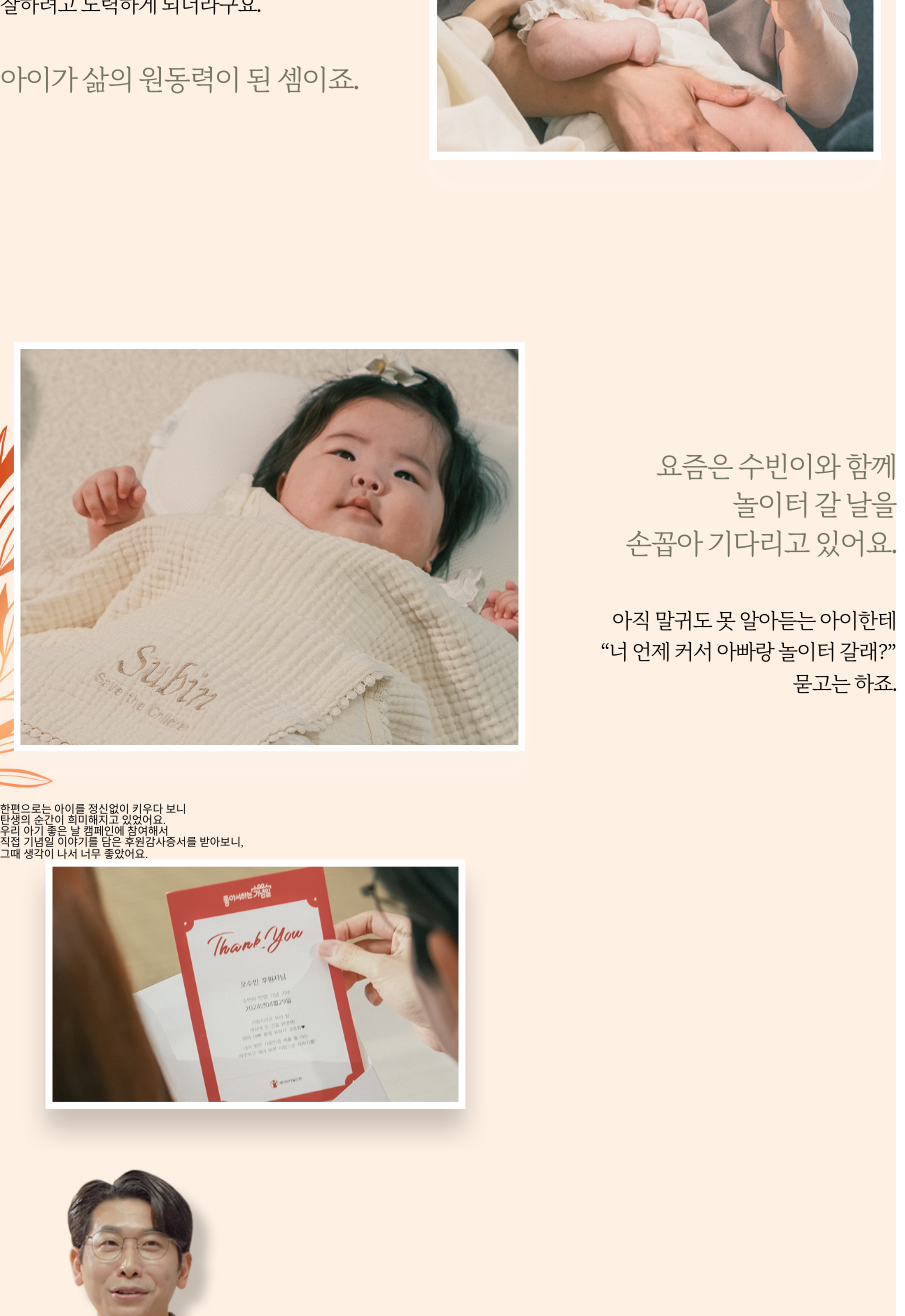
Repository: dlgywls1130/saveTheChildren
Page: index.html
An editor plug-in stored every save of this project. The page is shown before and after the next save, followed by the edit.
The browser window is 1280 px wide. The page is 1293 px wide, so the pictures cover 1293 px, including what lies to the right of the window. The pictures show the part of the page from y = 4620 to 6500 px (the page is 10799 px tall before and 10828 px after), at 70% of full size.
Some web fonts or font styles are not loaded; a fallback is used. The style sheet was rebuilt from its Sass, Less or Tailwind sources for each picture, by a compiler version that may differ from the author's.

Above is the page before, as saved 2024-11-01 22:51:06.

After the next save:
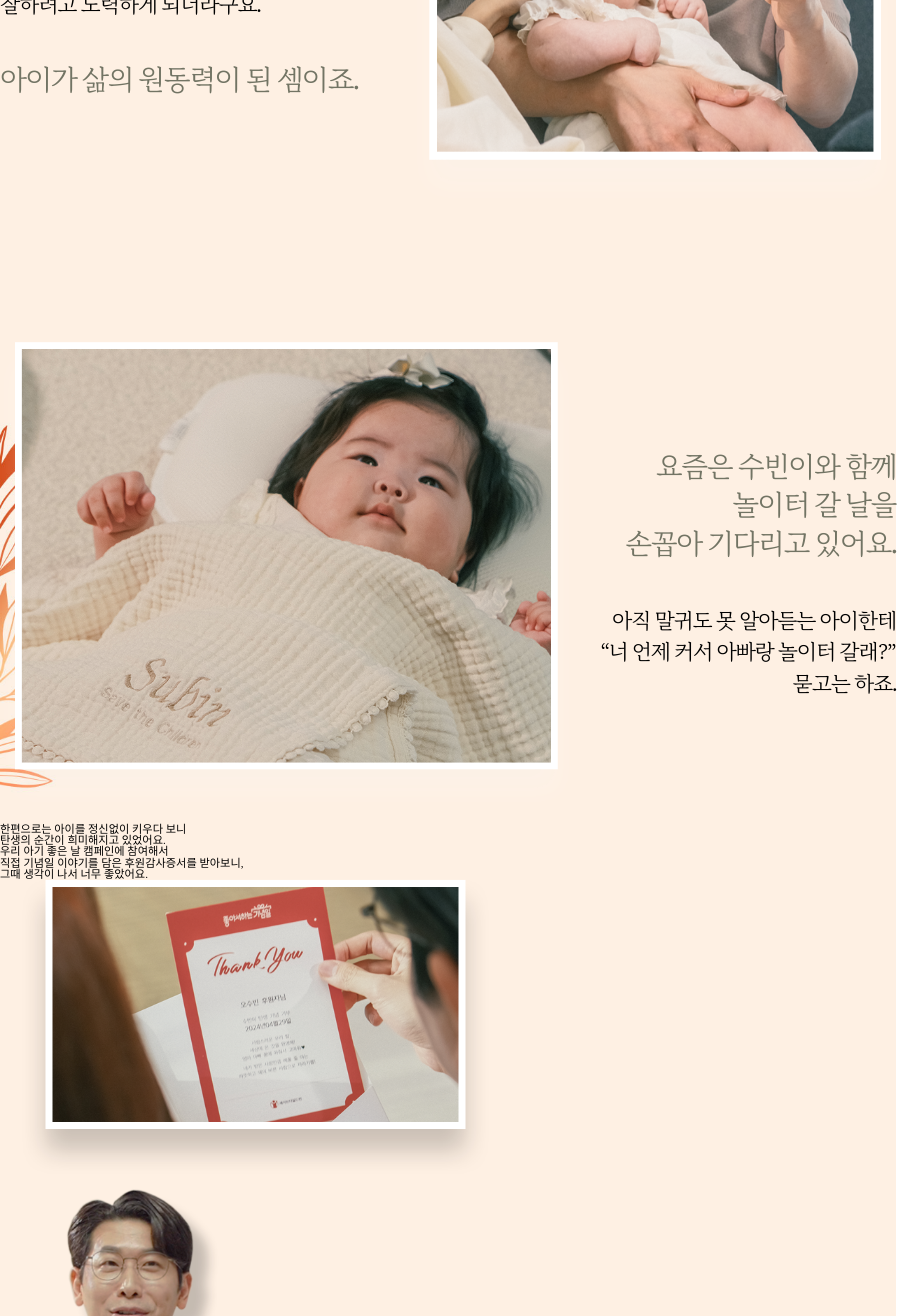
Saved 33 s later.
--- a/css/common.scss
+++ b/css/common.scss
@@ -558,7 +558,7 @@ $sides: (
                 justify-content: space-between;
 
                 .story_image{
-                    width: 800px;
+                    width: 850px;
                     height: auto;
 
                     img{
